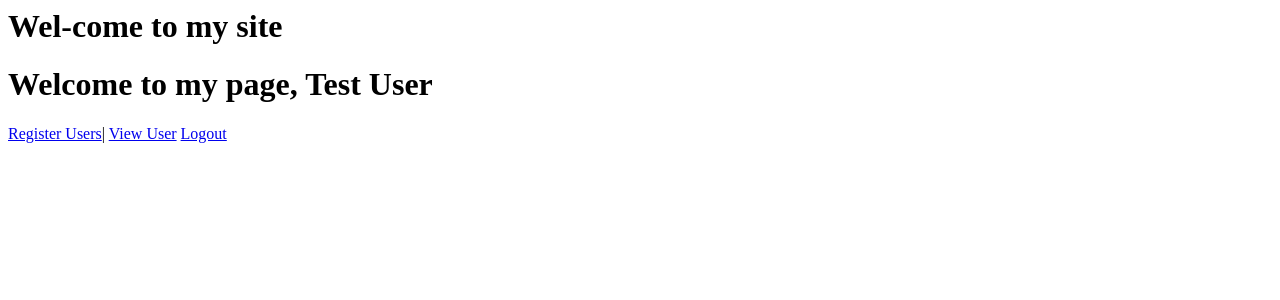
Repository: rajesh2058/2024JAVA
Page: http://localhost/hello/day6home.jsp
An editor plug-in stored every save of this project. The page is shown before and after the next save, followed by the edit.
The browser window is 1280 px wide. The pictures show the whole page.
The page is served by Tomcat 9. The session is filled in as if someone had signed in: {"NAME": "Test User"}.

Above is the page before, as saved 2024-12-06 03:11:49.

After the next save:
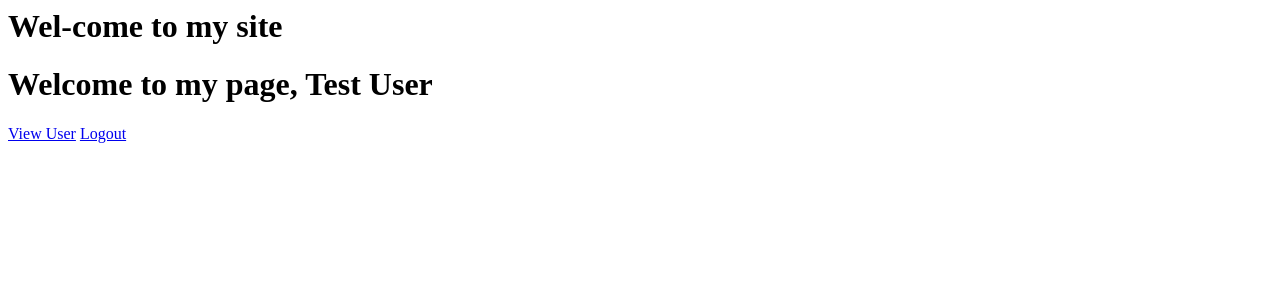
Saved 3 min 21 s later.
--- a/JSP/hello/src/main/webapp/day6home.jsp
+++ b/JSP/hello/src/main/webapp/day6home.jsp
@@ -1,6 +1,5 @@
 <%@ include file="header.jsp" %>
 
 <h1>Welcome to my page, <%= name %></h1>
-<a href="day6register.jsp">Register Users</a>|
 <a href="day6userview.jsp">View User</a>
 <a href="logout.jsp">Logout</a>
